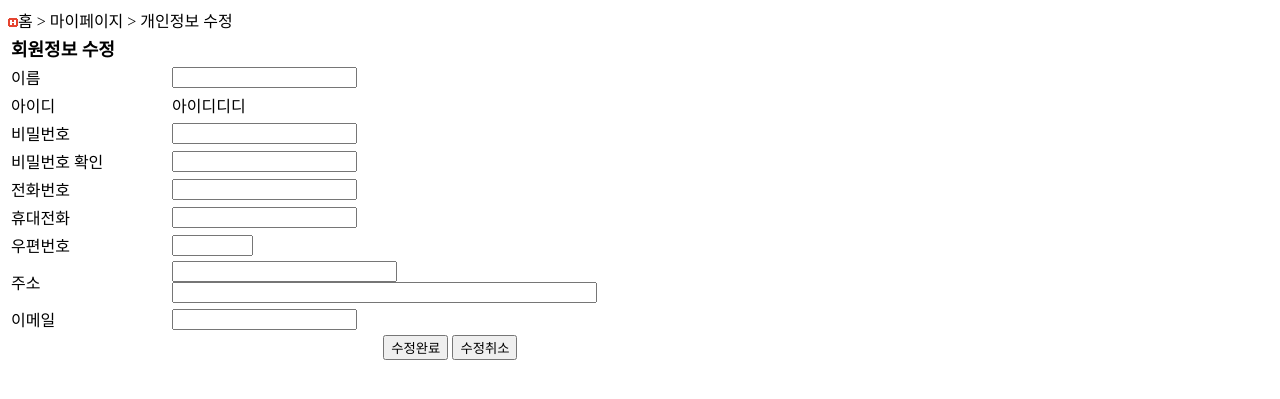
Repository: heeya90/ProjectShoppingMall
Page: http://localhost/ProjectShoppingMall/mypage/mypage_modify.jsp
An editor plug-in stored every save of this project. The page is shown before and after the next save, followed by the edit.
The browser window is 1280 px wide. The pictures show the whole page.
The page is served by Tomcat 9.

Above is the page before, as saved 2012-07-30 09:00:25.

After the next save:
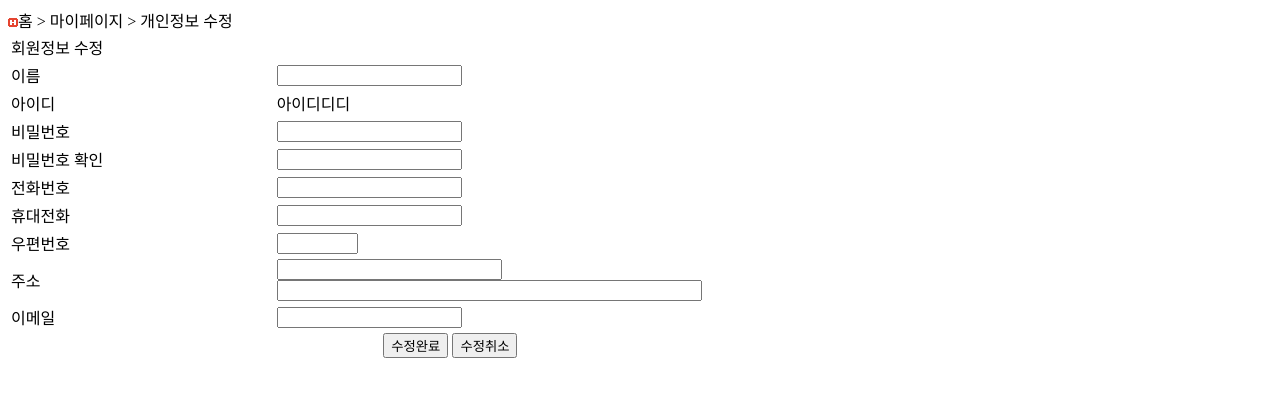
Saved 2 min 35 s later.
--- a/ProjectShoppingMall/WebContent/mypage/mypage_modify.jsp
+++ b/ProjectShoppingMall/WebContent/mypage/mypage_modify.jsp
@@ -1,74 +1,66 @@
 <%@ page language="java" contentType="text/html; charset=EUC-KR"
     pageEncoding="EUC-KR"%>
-<style type="text/css">
-.tab{
-	border:1px solid black;
-	margin-top:50px;
-	padding:10px;
-}
-.lbl_title{
-	font-size:large;
-	font-weight:bold;
-}
-</style>
-<div class="sub_loca"><img src="./img/icon_home.gif" alt="현재위치" />홈 > 마이페이지 > 개인정보 수정</div>
-	<div class="join02_form01">
-	<table width="70%" class="join02_form02">
+
+	<div class="sub_loca">
+		<img src="./img/icon_home.gif" alt="현재위치" />홈 > 마이페이지 > 개인정보 수정
+	</div>
+
+	<table class="jw_normal_table" style="align:center; width:70%">
 		<tr>
 			<td colspan="2">
-				<label class="lbl_title">회원정보 수정</label></td>
+				<label class="jw_lbl_title">회원정보 수정</label></td>
 		</tr>
 		<tr>
-			<td class="join02_left01">
+			<td class="jw_lheader" style="width:30%">
 				<label>이름</label></td>
 			<td class="join02_right">
 				<label><input type="text" name="name" value=""></label></td>
 		</tr>
 		<tr>
-			<td class="join02_left01">
+			<td class="jw_lheader">
 				<label>아이디</label></td>
 			<td class="join02_right">
 				<label>아이디디디</label></td>
 		</tr>
 		<tr>
-			<td class="join02_left01">
+			<td class="jw_lheader">
 				<label>비밀번호</label></td>
 			<td class="join02_right">
 				<input type="password" name="pw">
 		</tr>
 		<tr>
-			<td class="join02_left01">
+			<td class="jw_lheader">
 				<label> 비밀번호 확인</label></td>
 			<td class="join02_right">
 				<input type="password" name="rpw"></td>
 		</tr>
 		<tr>
-			<td class="join02_left01">
+			<td class="jw_lheader">
 				<label>전화번호</label></td>
 			<td class="join02_right">
 				<input type="text" name="tel" value=""></td>
 		</tr>
 		<tr>
-			<td class="join02_left01">
+			<td class="jw_lheader">
 				<label>휴대전화</label></td>
 			<td class="join02_right">
 				<input type="text" name="cell" value=""></td>
 		</tr>
 		<tr>
-			<td class="join02_left01">
+			<td class="jw_lheader">
 				<label>우편번호</label></td>
 			<td class="join02_right">
 				<input type="text" name="zipcode" size="7"></td>
 		</tr>
 		<tr>
-			<td class="join02_left01">
+			<td class="jw_lheader">
 				<label>주소</label></td>
 			<td class="join02_right">
 				<INPUT type="text" name="addr" size="25"> <br/>
 				<INPUT type="text" name="detailaddr" size="50"></td>
 		</tr>
 		<tr>
-			<td class="join02_left01">
+			<td class="jw_lheader">
 				<label>이메일</label></td>
 			<td class="join02_right">
 				<input type="text" name="email" value=""></td>
